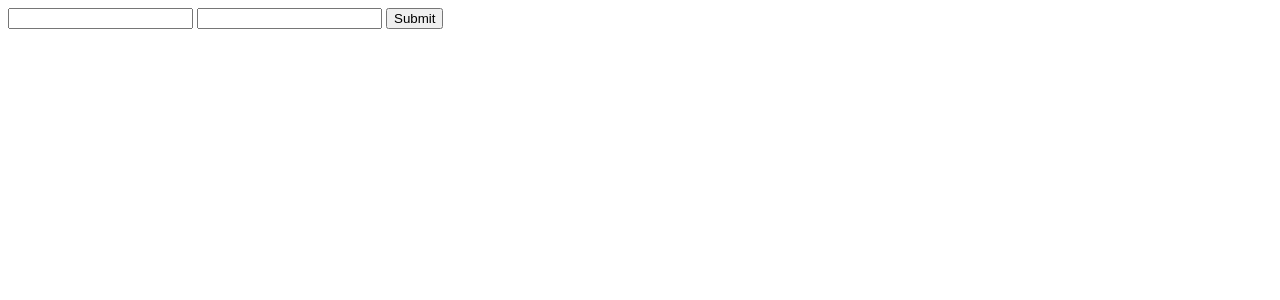
Repository: somakbha/CodeBackUP
Page: JSP-Servlet-by-java-brains/SimpleServletProject/WebContent/SimpleForm.html
The author's editor kept a copy of each file at every save. The page is drawn from the files as they stood at one save, then again after the next save.
The browser window is 1280 px wide. The pictures show the whole page.

Above is the page before, as saved 2019-06-15 09:25:31.

After the next save:
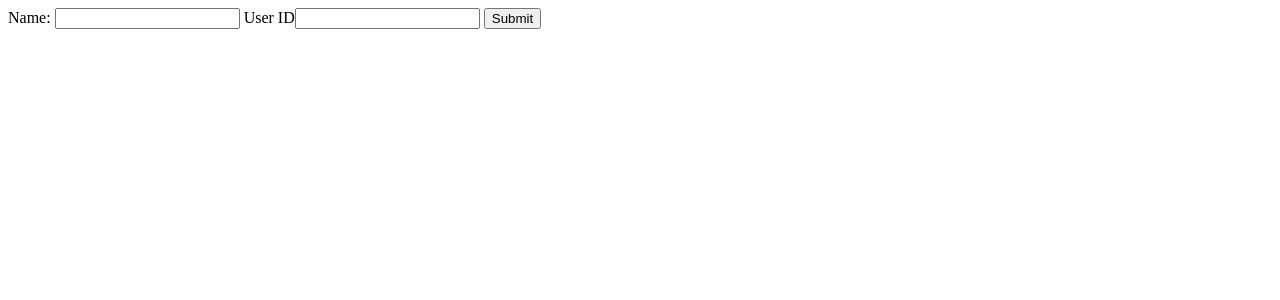
Saved 68 s later.
--- a/JSP-Servlet-by-java-brains/SimpleServletProject/WebContent/SimpleForm.html
+++ b/JSP-Servlet-by-java-brains/SimpleServletProject/WebContent/SimpleForm.html
@@ -7,8 +7,8 @@
 <body>
 <form action="/PassParameter" method="post">
 
-<input type="text" name="uname"></input>
-<input type="text" name="uid"></input>
+Name: <input type="text" name="uname"></input>
+User ID<input type="text" name="uid"></input>
 
 <input type="submit" name="submit"></input>
 
